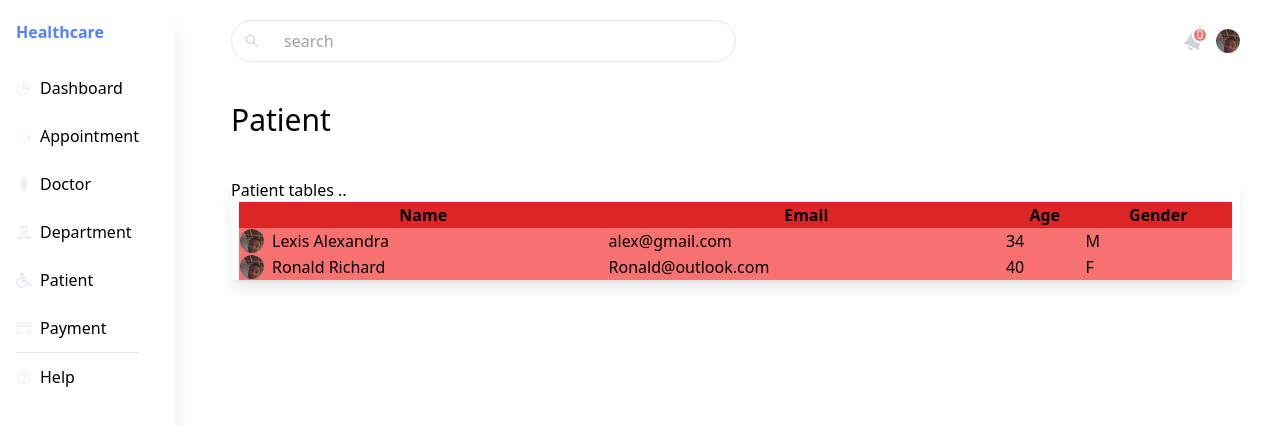
Repository: hisreal123/healthcare-dashboard
Page: /patient
These files come from the project's save history. The page is drawn as it stood at one moment and after the next save; the edit follows.
The browser window is 1280 px wide. The pictures show the whole page.
The project was rebuilt for these pictures with package versions that can differ from the ones it lists, and the page was loaded fresh each time. Also part of the build but not shown: vite.config.ts, src/routes/Error.tsx, src/views/Dashboard.tsx, components/tables/AppointementTable.tsx, src/views/Appointment.tsx, src/views/Doctor.tsx, src/views/Department.tsx, src/views/Payment.tsx and 1 more.

Above is the page before, as saved 2023-05-05 18:59:13.

### src/main.tsx
import React from 'react'
import ReactDOM from 'react-dom/client'
import App from './App.tsx'
import './index.css'


ReactDOM.createRoot(document.getElementById('root') as HTMLElement).render(
  <React.StrictMode>
    <App />
  </React.StrictMode>,
)

### src/App.tsx
import React from "react"
import {
  createBrowserRouter,
  RouterProvider,
} from "react-router-dom";
import Navigation from "../components/Navigation";
import Error from "./routes/Error";
import Dashboard from "./views/Dashboard";
import Appointment from "./views/Appointment";
import Doctor from "./views/Doctor";
import Department from "./views/Department";
import Patient from "./views/Patient";
import Payment from "./views/Payment";
import Help from "./views/Help";
import { Provider } from "react-redux";
import store from '../redux/store';

const router = createBrowserRouter([
  {
    path: "/",
    element: <Navigation />,
    errorElement: <Error />,

    children: [
      {
        path: "/dashboard",
        element: <Dashboard />,
      },
      {
        path: "/appointment",
        element: <Appointment />,
      },
      {
        path: "/doctor",
        element: <Doctor />,
      },
      {
        path: "/department",
        element: <Department />,
      },
      {
        path: "/patient",
        element: <Patient />,
      },
      {
        path: "/payment",
        element: <Payment />,
      },
      {
        path: "/help",
        element: <Help />,
      },
    ]

  }
]);



function App() {
  return (
    <Provider store={store}>
      <RouterProvider router={router} />
    </Provider>
  )
}

export default App

### components/Navigation.tsx
import { Outlet } from "react-router-dom";
import { list } from "../src/data/Links";

export default function Navigation() {

    return (
        <>
            <section className="flex space-x-4">
                <div id="sidebar" className="  h-screen shadow-xl group">
                    <div className="px-4 ">

                        {/* logo */}
                        <div >
                            <h1 className="py-5 text-[#5282FB] font-bold">Healthcare</h1>
                        </div>

                        {/* nav */}
                        <nav className="relative pr-5 ">
                            <ul className="relative">
                                {list.map((list, index) => {
                                    return (
                                        <li key={index} className="flex space-x-2 items-center py-3 last:border-t ">
                                            <span className="text-gray-200/70 text-md ">{list.icon}</span>
                                            <a href={`./${list.link}`} className="focus:text-[#5282FB] ">{list.name}</a>
                                        </li>
                                    )
                                })}
                            </ul>
                        </nav>
                    </div>
                </div>
                <div id="detail" className="relative w-full"><Outlet /></div>
            </section>
        </>
    );
}

### src/views/Patient.tsx
import React from 'react'
import ProfileHeader from '../../components/holders/ProfileHeader'
import PatientTable from '../../components/tables/PatientsTable'


export default function Patient() {
    return (
        <>
            <section
                className=" px-10 pt-5 w-full relative">
                <ProfileHeader />

                <main className="div mt-10">
                    <h1 className='lg:text-3xl'> Patient</h1>
                    <PatientTable />
                </main>
            </section>
        </>
    )
}

### redux/store.js
import { configureStore } from "@reduxjs/toolkit";
import AppointmentReducer from "./slices/Appointment";
import patientsReducer from "./slices/Patient";



const store = configureStore({
    reducer : {
        appointments:  AppointmentReducer,
        patients:  patientsReducer,
    }
})


export default store

### src/data/Links.tsx
import { Home, BarChart2 } from 'react-feather';
import { GiStethoscope, GiPerson, GiNurseMale } from 'react-icons/gi'
import { FaWheelchair } from 'react-icons/fa'
import { AiOutlineCreditCard, AiOutlinePieChart } from 'react-icons/ai'
import { BiHelpCircle } from 'react-icons/bi'


type Class  = {
    id: number,
    icon: any,
    name:  string,
    link: string
}


export const list: Class[]= [
    {
        id: 1,
        icon: <AiOutlinePieChart />,
        name: 'Dashboard',
        link: './dashboard',
    },
    {
        id: 2,
        icon: <GiStethoscope />,
        name: 'Appointment',
        link: './Appointment',
    },
    {
        id: 3,
        icon: <GiPerson />,
        name: 'Doctor',
        link: './doctor',
    },
    {
        id: 4,
        icon: <GiNurseMale />,
        name: 'Department',
        link: './department',
    },
    {
        id: 5,
        icon: <FaWheelchair />,
        name: 'Patient',
        link: './patient',
    },
    {
        id: 6,
        icon: <AiOutlineCreditCard />,
        name: 'Payment',
        link: './payment',
    },
    {
        id: 7,
        icon: <BiHelpCircle />,
        name: 'Help',
        link: './help',
    },
]

### components/holders/ProfileHeader.tsx
import React from 'react'
import SearchBar from '../Misc/SearchBar'
import { BsFillBellFill } from 'react-icons/bs'



type ImageWrapperProp = {
    ImageWrapperStyle?: string
}
export const ImageWrapper = ({ ImageWrapperStyle }: ImageWrapperProp) => {
    return (
        <>
            <div className={` ${ImageWrapperStyle} cursor-pointer h-6 w-6 overflow-hidden rounded-full bg-black hover:h-6 hover:w-6`}>
                <img src='./profile.jpg' alt="" className='object-center ' />
            </div>
        </>
    )
}


export default function ProfileHeader() {

    const count = 0
    return (
        <>
            <section className='flex items-center justify-between relative w-full'>

                <SearchBar />

                <div className="right flex  items-center space-x-3">

                    <span className='relative group'>
                        <BsFillBellFill className=" cursor-pointer text-xl text-gray-300 rotate-[25deg] group-hover:text-gray-400" />
                        <span className=" cursor-pointer absolute -top-1 -right-1 text-xs text-white border-2 border-white  bg-red-400  group-hover:bg-red-600 rounded-full h-4 w-4  flex items-center  justify-center">
                            {count}
                        </span>
                    </span>


                    <ImageWrapper ImageWrapperStyle='' />
                </div>
            </section>
        </>
    )
}

### components/tables/PatientsTable.tsx
import React, { Fragment } from 'react'
import { useSelector } from 'react-redux'
import { selectAllPatient } from '../../redux/slices/Patient'
import { ImageWrapper } from '../holders/ProfileHeader'


type PatientTableProps = {
    patientStyle?: string
}


export default function PatientTable({ patientStyle }: PatientTableProps) {

    const patients: any = useSelector(selectAllPatient);
    console.log(patients)


    const PatientList = patients.map((patient: any, index: number) => {
        return (
            <>
                <tr key={index}>
                    <td className='flex item-center space-x-2'>
                        <ImageWrapper />
                        <span>
                            {patient.name}
                        </span>
                    </td>
                    <td>{patient.email}</td>
                    <td>{patient.age}</td>
                    <td>{patient.gender}</td>
                </tr>
            </>
        )
    })



    const PTable = () => {
        return (
            <>
                <div className="wrap px-2 w-full">
                    <table className="w-full relative">
                        <tr className="w-full relative bg-red-600">
                            <th>Name</th>
                            <th>Email</th>
                            <th>Age</th>
                            <th>Gender</th>
                        </tr>
                        <tbody className='bg-red-400'>
                            {PatientList}
                        </tbody>
                    </table>
                </div>
            </>
        )
    }


    return (
        <>
            <section className={`${patientStyle} mt-10 bg-white shadow-lg`}>
                <h1> Patient tables ..</h1>
                <PTable />
            </section>
        </>
    )
}

### redux/slices/Appointment.js
import { createSlice } from "@reduxjs/toolkit";
import { sub } from "date-fns";

// const GENDER =  'M' || 'F',

// const userType = {
//     id: String,
//     name: String,
//     gender: String,
//     age: Number,
//     email:String
// }


const initialState = [

]



const appointmentsSlice = createSlice({
    name: 'appointments',
    initialState,
    reducers : {
        createAppointment (state, action ){
            state.push(action.payload)
        }
    }
})


export const createAppointment = appointmentsSlice.actions
export default appointmentsSlice.reducer

### redux/slices/Patient.js
import { createSlice } from "@reduxjs/toolkit";

const initialState = [
    {
        id:'1',
        image: '../profile.jpg',
        name: 'Lexis Alexandra',
        gender: 'M',
        age: 34,
        email: 'alex@gmail.com'
    },
    {
        id:'2',
        image: '../profile.jpg',
        name: 'Ronald Richard',
        gender: 'F',
        age: 40,
        email: 'Ronald@outlook.com'
    },
];

const patientsSlice = createSlice({
    name: 'patients',
    initialState,
    reducers: {
        addPatient(state, action) {
            state.push(action.payload);
        },
    },
});

export const selectAllPatient = (state) => state.patients;
export const { addPatient } = patientsSlice.actions;
export default patientsSlice.reducer;

### components/Misc/SearchBar.tsx
import React from 'react'
import { AiOutlineSearch } from 'react-icons/ai'

type SearchProps = {
    SearchStyle?: string
}

export default function SearchBar({ SearchStyle }: SearchProps) {
    const [name, setName] = React.useState('');



    const handleSearchClicked = (e: any) => {
        setName(e.target.value)
        console.log(name)
    }

    const handleFormSearch = (e: any) => {
        e.preventDefault()
        console.log(name)

        setName('')
    }
    return (
        <>
            <div className="search flex rounded-3xl overflow-hidden border items-center  w-1/2 ">
                <form className='flex items-center' onSubmit={handleFormSearch}>
                    <span className='px-3 relative'>
                        <AiOutlineSearch className="text-gray-300" onClick={handleSearchClicked} />
                    </span>
                    <input
                        type="text"
                        placeholder='search'
                        className={`${SearchStyle}  outline-none w-full py-2 pl-3 `}
                        aria-expanded
                        value={name}
                        onChange={handleSearchClicked}
                    />
                </form>
            </div>
        </>
    )
}

### tailwind.config.js
/** @type {import('tailwindcss').Config} */
export default {
   content: [
    "./index.html",
    "./src/**/*.{js,ts,jsx,tsx}",
    "./components/**/*.{js,ts,jsx,tsx}",
  ],
  theme: {
    extend: {},
  },
  plugins: [],
}

Loaded but not shown: index.html (common file); src/index.css (common file)

After the next save:
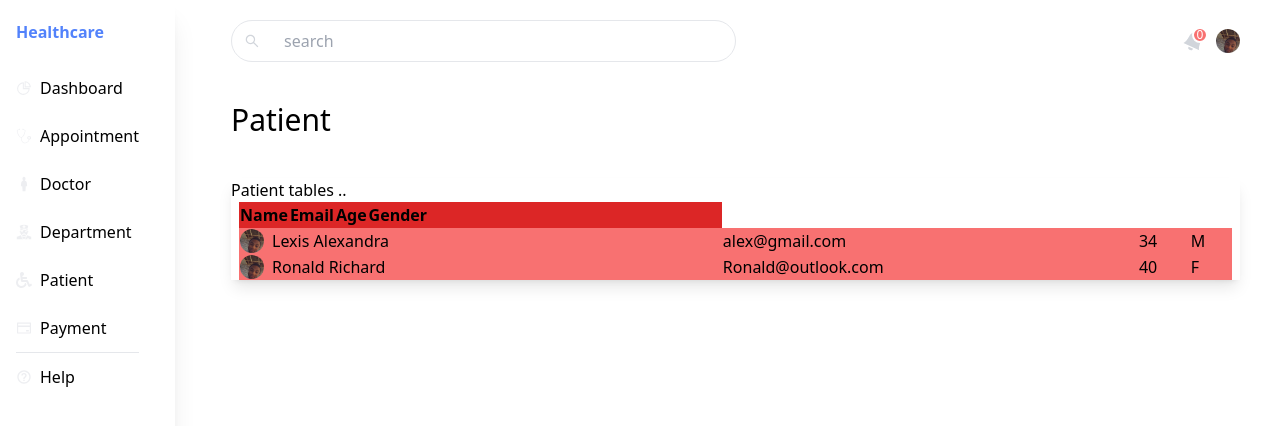
Saved 13 s later.
--- a/components/tables/PatientsTable.tsx
+++ b/components/tables/PatientsTable.tsx
@@ -40,7 +40,7 @@ export default function PatientTable({ patientStyle }: PatientTableProps) {
             <>
                 <div className="wrap px-2 w-full">
                     <table className="w-full relative">
-                        <tr className="w-full relative bg-red-600">
+                        <tr className="w-full flex relative bg-red-600">
                             <th>Name</th>
                             <th>Email</th>
                             <th>Age</th>
